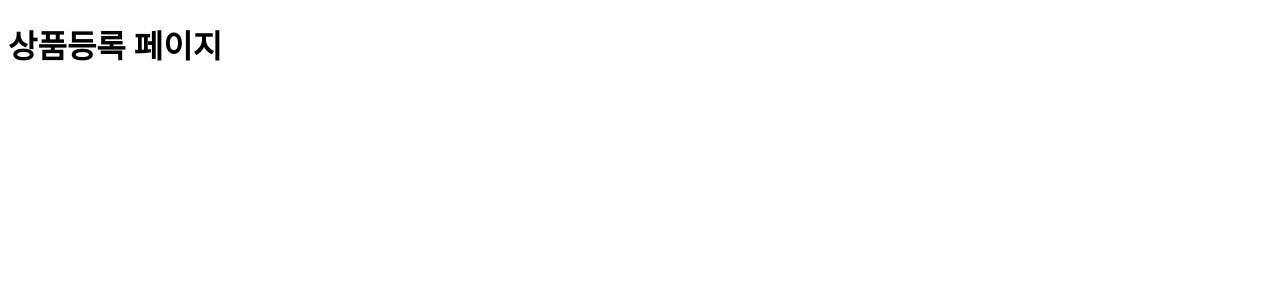
Repository: yangone8249/jsp_project
Page: http://localhost/jsp_study/register.jsp
The author's editor kept a copy of each file at every save. The page is drawn from the files as they stood at one save, then again after the next save.
The browser window is 1280 px wide. The pictures show the whole page.
The page is served by Tomcat 9.

Above is the page before, as saved 2023-05-11 01:18:36.

After the next save:
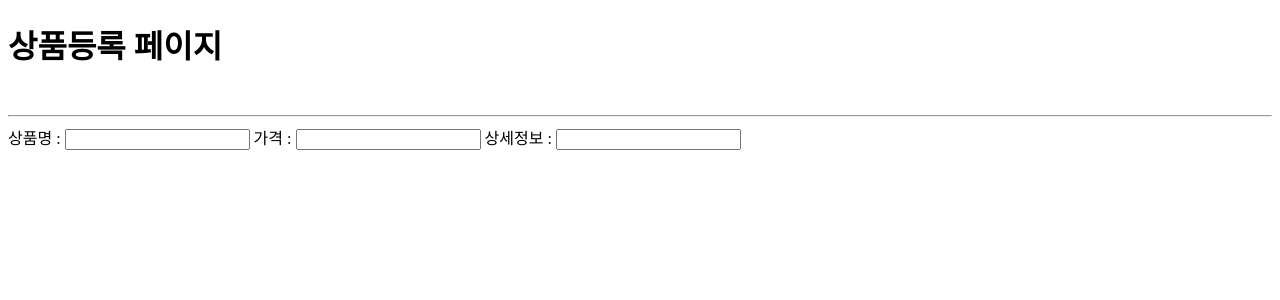
Saved 103 s later.
--- a/jsp_project1/jsp_study/src/main/webapp/register.jsp
+++ b/jsp_project1/jsp_study/src/main/webapp/register.jsp
@@ -8,5 +8,12 @@
 </head>
 <body>
 	<h1>상품등록 페이지</h1>
+	<br><hr>
+	<form action="">
+		상품명 : <input type="text" name="pname" value="">
+		가격 : <input type="text" name="pname" value="">
+		상세정보 : <input type="textarea" name="pname" value="">
+	</form>
+
 </body>
 </html>
